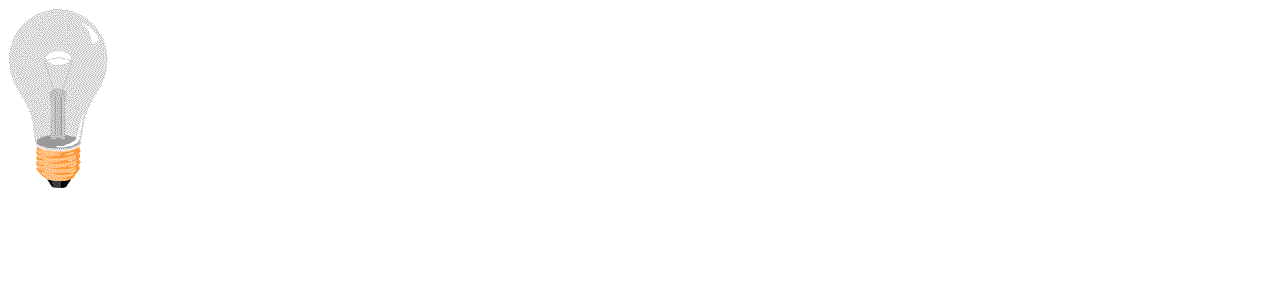
Repository: neem693/workspace
Page: studyhtml5/WebContent/ch05/practice_dom/practice_33.html
The author's editor kept a copy of each file at every save. The page is drawn from the files as they stood at one save, then again after the next save.
The browser window is 1280 px wide. The pictures show the whole page.

Above is the page before, as saved 2018-03-13 04:54:59.

After the next save:
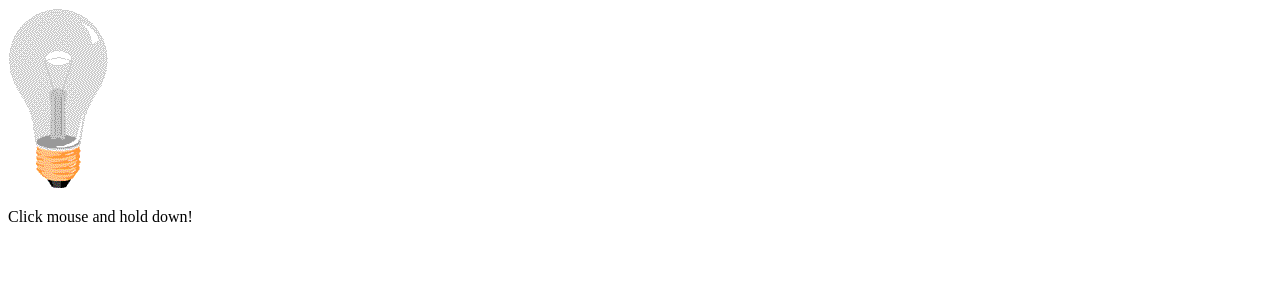
Saved 12 s later.
--- a/studyhtml5/WebContent/ch05/practice_dom/practice_33.html
+++ b/studyhtml5/WebContent/ch05/practice_dom/practice_33.html
@@ -17,6 +17,7 @@ function lightoff(){
 <body>
 
 <img id = "myimage" onmousedown = "lighton()" onmouseup="lightoff()" src = "/studyhtml5/images/bulboff.gif" width = "100" height= "180">
+<p>Click mouse and hold down!</p>
 
 </body>
 </html>
